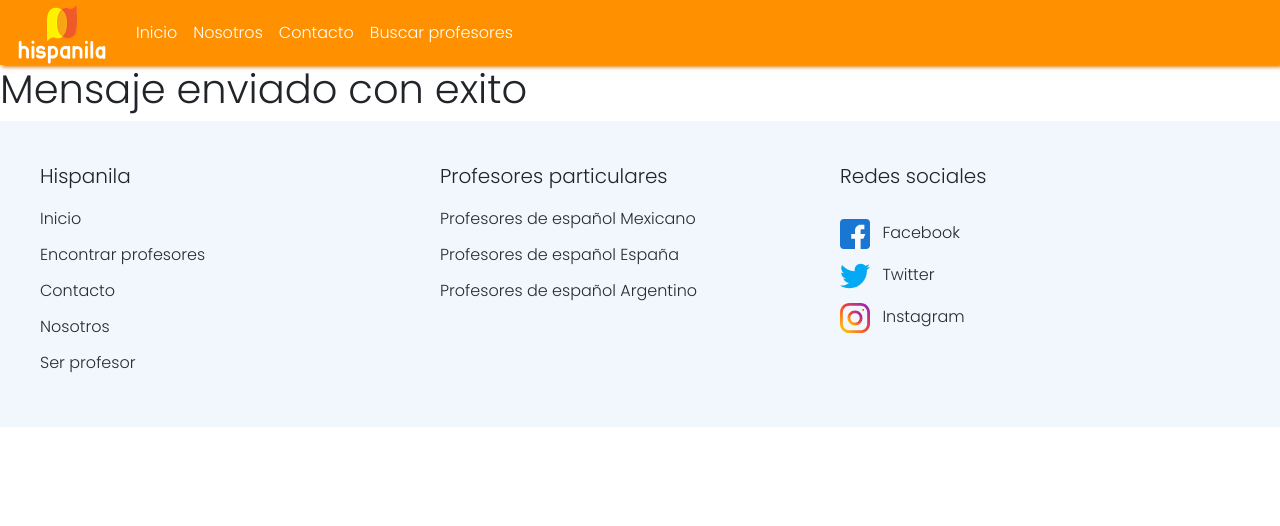
Repository: AgustinGarciaDev/Hispanila
Page: sendemail.html
The author's editor kept a copy of each file at every save. The page is drawn from the files as they stood at one save, then again after the next save.
The browser window is 1280 px wide. The pictures show the whole page.
Some web libraries are served in a nearby version. The style sheet was rebuilt from its Sass, Less or Tailwind sources for each picture, by a compiler version that may differ from the author's.

Above is the page before, as saved 2021-01-28 23:44:36.

### sendemail.html
<!DOCTYPE html>
<html lang="en">

<head>

    <head>
        <meta charset="UTF-8">
        <title>Contacto</title>
        <meta name="viewport" content="width=device-width, user-scalable=no">
        <meta name="description" content="¿Tenes dudas? Comunícate con nosotros para asesorarte. Tenemos un equipo especializado el cual puede ayudar ">
        <meta name="keywords" content="Hispanila, contacto, ayuda, equipo , asesoramiento">
        <link rel="stylesheet" href="https://cdnjs.cloudflare.com/ajax/libs/animate.css/4.1.1/animate.min.css" />
        <link rel="preconnect" href="https://fonts.gstatic.com">
        <link rel="preconnect" href="https://fonts.gstatic.com">
        <link href="https://fonts.googleapis.com/css2?family=Poppins:ital,wght@0,200;0,300;0,800;0,900;1,200;1,500&display=swap" rel="stylesheet">
        <link href="https://fonts.googleapis.com/css2?family=Archivo:ital@0;1&display=swap" rel="stylesheet">
        <link href="https://cdn.jsdelivr.net/npm/bootstrap@5.0.0-beta1/dist/css/bootstrap.min.css" rel="stylesheet" integrity="sha384-giJF6kkoqNQ00vy+HMDP7azOuL0xtbfIcaT9wjKHr8RbDVddVHyTfAAsrekwKmP1" crossorigin="anonymous">
        <link rel="stylesheet" href="./css/style.css">

    </head>
</head>

<body>
    <header>
        <nav class="navbar navbar-expand-lg navbar-light bg-light nav-color">
            <div class="container-fluid">
                <a class="navbar-brand" href="./index.html"><img class="logo" src="./img/Hispanila_opt.png" alt=""></a>
                <button class="navbar-toggler" type="button" data-bs-toggle="collapse" data-bs-target="#navbarSupportedContent" aria-controls="navbarSupportedContent" aria-expanded="false" aria-label="Toggle navigation">
            <span class="navbar-toggler-icon"></span>
          </button>
                <div class="collapse navbar-collapse" id="navbarSupportedContent">
                    <ul class="navbar-nav me-auto mb-2 mb-lg-0">
                        <li class="nav-item">
                            <a class="nav-link active" aria-current="page" href="./index.html">Inicio</a>
                        </li>
                        <li class="nav-item">
                            <a class="nav-link" href="./we.html">Nosotros</a>
                        </li>
                        <li class="nav-item">
                            <a class="nav-link" href="./contact.html">Contacto</a>
                        </li>
                        <li class="nav-item">
                            <a class="nav-link" href="./searchteacer.html">Buscar profesores</a>
                        </li>
                    </ul>
                </div>
            </div>
        </nav>
    </header>
    <section>
        <div class="send__email">
            <h1 Tittle_h2>Mensaje enviado con exito</h1>
        </div>
    </section>
    <footer class="footer">
        <div class="list__footer ">
            <p class="list__footer__p-modifier ">Hispanila</p>
            <li class="list__footer__li-modifier "> <a class="list__footer__a-modifier " href="/index.html ">Inicio</a></li>
            <li class="list__footer__li-modifier "> <a class="list__footer__a-modifier " href="/searchteacer.html ">Encontrar profesores</a></li>
            <li class="list__footer__li-modifier "><a class="list__footer__a-modifier " href="/contacte.html ">Contacto</a></li>
            <li class="list__footer__li-modifier "><a class="list__footer__a-modifier " href="/we.html ">Nosotros</a></li>
            <li class="list__footer__li-modifier "><a class="list__footer__a-modifier " href="/we.html ">Ser profesor</a></li>
        </div>
        <div class="list__footer ">
            <p class="list__footer__p-modifier ">Profesores particulares</p>
            <li class="list__footer__li-modifier "> <a class="list__footer__a-modifier " href=" https://www.facebook.com/ "> Profesores de español Mexicano</a></li>
            <li class="list__footer__li-modifier "><a class="list__footer__a-modifier " href="https://twitter.com/home "> Profesores de español España</a></li>
            <li class="list__footer__li-modifier "><a class="list__footer__a-modifier " href="https://www.instagram.com/ "> Profesores de español Argentino</a></li>
        </div>

        <div class="list__footer ">
            <p class="list__footer__p-modifier "> Redes sociales</p>
            <li class="list__footer__li-modifier "></li><img class="list__footer__img-modifier " src="./img/facebook.svg " alt=" "> <a class="list__footer__a-modifier " href="https://www.facebook.com/ ">Facebook</a></li>
            <li class="list__footer__li-modifier "></li><img class="list__footer__img-modifier " src="./img/gorjeo.svg " alt=" "> <a class="list__footer__a-modifier " href="https://twitter.com/home ">Twitter</a></li>
            <li class="list__footer__li-modifier "></li><img class="list__footer__img-modifier " src="./img/instagram.svg " alt=" "> <a class="list__footer__a-modifier " href="https://www.instagram.com/ ">Instagram</a></li>
        </div>
    </footer>
    <script src="https://unpkg.com/ionicons@5.2.3/dist/ionicons.js "></script>
    <script src="https://cdn.jsdelivr.net/npm/bootstrap@5.0.0-beta1/dist/js/bootstrap.bundle.min.js " integrity="sha384-ygbV9kiqUc6oa4msXn9868pTtWMgiQaeYH7/t7LECLbyPA2x65Kgf80OJFdroafW " crossorigin="anonymous "></script>
</body>

</html>

### scss/style.scss
@import"variables";
@import "header";
@import "footer";
@import "body";
@import "home";
@import "contac";
@import "profile";
@import "aboutUs";

### scss/_variables.scss
/* TIPOGRAFIAS */

$font-body: 'Poppins',
sans-serif;

/* SIZE TIPOGRAFIAS */

$nameteacher: 16px;
$titulocontacto: 20px;

/* ICONOS COLOR */

$color-start-icon: #FEC400;
$color-social:gray;

/*Color background*/

$color-box: linear-gradient(145deg, #d8e8f2, #b6c3cb);

/*Padding*/

$padding-currilum: 40px;

### scss/_header.scss
header {
    position: sticky;
    top: 0;
    z-index: 5;
}

### scss/_footer.scss
.footer {
    background-color: #F2F7FD;
    display: grid;
    grid-template-columns: repeat(3, 1fr);
    padding: 40px;
}

.list__footer__p-modifier {
    font-size: 20px;
}

.list__footer__li-modifier {
    list-style: none;
    align-items: center;
    display: flex;
    margin-bottom: 12px;
}

.list__footer__a-modifier {
    text-decoration: none;
    color: #252b2f;
}

.list-footer a:hover {
    text-decoration: underline;
}

.list__footer__img-modifier {
    width: 30px;
    height: 30px;
    margin-right: 8px;
}

@media (max-width: 768px) {
    .footer {
        display: flex;
        flex-wrap: wrap;
    }
    .list__footer {
        padding-left: 10px;
        padding-right: 10px;
        justify-content: center;
    }
}

@media (max-width: 520px) {}

### scss/_body.scss
body {
    margin: 0;
    font-family: $font-body;
}

### scss/_home.scss
.nav-color {
    background-color: #ff9000 !important;
    height: 65px;
    box-shadow: 2px 2px 4px #d97a00, -5px -5px 4px #ffa600;
}

.nav-link {
    color: white !important;
}

.hero {
    display: grid;
    grid-template-columns: 2fr 2fr;
    height: 600px;
    background-image: url(http://baravdg.com/wp-content/uploads/2021/01/hero-background.png);
    background-position: center;
    background-repeat: no-repeat;
    background-size: cover;
}

.hero .box {
    display: flex;
    flex-direction: column;
    margin: auto;
    padding-left: 30px;
}

.hero__title_h1 {
    color: white;
    font-weight: 700;
    font-size: 50px;
}

.hero__title_p {
    color: white;
    font-size: 30px;
    font-size: 400;
}

.hero__bottom {
    width: 200px;
    color: white;
    padding: 10px;
    text-align: center;
    text-decoration: none;
    font-size: 'Poppins', sans-serif;
    font-weight: 800;
    border-radius: 8px;
    background: linear-gradient(145deg, #ffd529, #d8b322);
}


/* EMPIEZA LAS CARD DE LAS BANDERAS */

.Tittle_h2 {
    text-align: center;
    padding: 30px;
    font-size: 40px;
    font-weight: 800;
}

.block-band {
    display: grid;
    grid-template-columns: repeat(3, 1fr);
    grid-column-gap: 30px;
    grid-row-gap: 30px;
    justify-items: center;
}

.link {
    color: inherit;
    text-decoration: inherit;
}

.card-band {
    border-radius: 24px;
    border-radius: 24px;
    background: #ecf1f4;
    box-shadow: 22px 22px 18px #dee3e5, -22px -22px 18px #faffff;
    width: 400px;
    height: 372px;
}

.content-band {
    display: flex;
    padding-left: 40px;
    padding-bottom: 10px;
}

.info-card {
    padding-top: 9px;
    padding-left: 10px;
}

.info-card h4 {
    margin: 0;
}

.info-card p {
    margin: 0;
    margin-left: 6;
}

.card-band .teacher-photo {
    width: 400px;
    height: 300px;
}

.card-band .band {
    height: 50px;
    width: 50px;
}

.card-prof {
    margin: 40px;
    padding: 40px;
}

.table-proyect {
    padding: 40px;
}


/* Card study*/

.margin {
    margin: 20px;
}

.card__study__resson {
    width: 300px;
    height: 572px;
}

.card__study__img {
    height: 400px;
    width: 200px;
    display: flex;
    margin: auto;
}

.card__study_text {
    text-align: center;
}

.card__study__btn {
    width: 200px;
    color: white;
    padding: 10px;
    justify-content: center;
    text-decoration: none;
    font-size: 'Poppins', sans-serif;
    font-weight: 800;
    border-radius: 8px;
    background: linear-gradient(145deg, #ffd529, #d8b322);
    display: flex;
    margin: auto;
}

@media (max-width: 890px) {
    .block-band {
        grid-template-columns: repeat(2, 1fr);
    }
    .card-band .teacher-photo {
        width: 324px;
        height: 239px;
    }
    .card-band {
        width: 324px;
        height: 325px;
    }
    .logo {
        margin-top: -20px;
    }
}

@media (max-width: 520px) {
    .hero {
        height: 360px;
    }
    .block-band {
        grid-template-columns: none;
    }
    .card__study__resson {
        width: 300px;
        height: 572px;
    }
    .nav-color {
        height: 70px;
    }
    .logo {
        margin-top: -20px;
    }
    .hero__title_h1 {
        font-size: 31px;
    }
    .hero__title_p {
        font-size: 17px;
    }
    .Tittle_h2 {
        text-align: center;
        padding: 17px;
        font-size: 32px;
        font-weight: 800;
    }
}

### scss/_contac.scss
.contact__body {
    margin-top: 50px;
    margin-bottom: 50px;
}

.row {
    margin-right: 0;
}

.email_img {
    width: 100%;
}

.icons__list {
    display: flex;
    justify-content: center;
}

.icons__list_a {
    text-decoration: none;
    color: #ff9000;
    padding-bottom: 10px;
    padding-left: 5px;
    padding-right: 5px;
    font-size: 20px;
}

.icons__list__redsocial {
    display: flex;
    flex-direction: row;
    padding-top: 10px;
    justify-content: center;
}

.icons__list_logo_Redes {
    color: #ff9000;
    font-size: 35px;
    margin: 0 10px;
}

.text-contact__h2 {
    font-size: $titulocontacto;
}

.boton__send {
    margin-top: 10px;
}

@media (max-width: 520px) {
    .text-contact__h1 {
        text-align: center;
    }
    .text-contact__h2 {
        font-size: $titulocontacto -7;
        text-align: center;
    }
}

### scss/_profile.scss
    .layout {
        display: grid;
        grid-template-columns: 2fr 1fr;
        grid-template-rows: 1fr;
        grid-column-gap: 10px;
        grid-row-gap: 10px;
        padding: 20px;
    }

    .layout__infoteache__video-modifier {
        width: 100%;
        height: 500px;
    }

    .layout__profile {
        border-radius: 8px;
        background: #ffffff;
        box-shadow: 8px 8px 55px #d9d9d9, -8px -8px 55px #ffffff;
    }

    .layaout__datachecher__layout__img-modifier {
        width: 80px;
        height: 80px;
        border-radius: 50%;
        display: flex;
        margin: auto;
    }

    .layaout__datachecher__h1-modifier {
        font-size: 30px;
        font-weight: 600;
    }

    .layaout__datachecher__h2-modifier {
        font-size: 14px;
    }

    .scoreteacher {
        display: flex;
        flex-direction: row;
    }

    .scoreteacher__icon--modifier {
        color: $color-start-icon;
        margin-top: 28px;
        margin-bottom: 2px;
    }

    .scoreteacher__number--modifier {
        margin-top: 26px;
        margin-bottom: 2px;
        padding-left: 9px;
    }

    .layout__sepator {
        border: 1px solid #10101030;
        margin: 10px;
    }

    .card {
        margin-bottom: 15px;
        margin-top: 15px;
    }

    .card-body {
        display: flex;
    }

    .clases__titulo-Modifier {
        font-size: 25px;
        font-size: 500;
    }

    .curriculum {
        margin: 30px 0;
        border-radius: 8px;
        background: #ffffff;
        box-shadow: 8px 8px 55px #d9d9d9, -8px -8px 55px #ffffff;
        padding: $padding-currilum;
    }

    .lessons__box {
        padding: 40px;
        margin: 30px 0;
        border-radius: 8px;
        background: #ffffff;
        box-shadow: 8px 8px 55px #d9d9d9, -8px -8px 55px #ffffff;
    }

    .Comentary {
        margin-top: 20px;
        background: #ffffff;
        box-shadow: 8px 8px 55px #d9d9d9, -8px -8px 55px #ffffff;
        padding: 30px;
    }

    .personaldata {
        display: flex;
        flex-direction: row;
    }

    .Comentary__grid {
        margin-top: 40px;
        display: grid;
        grid-template-columns: 1fr 1fr;
        grid-template-rows: 1fr 1fr 1fr;
        grid-row-gap: 30px;
    }

    .Comentary__layout {
        width: 350px;
        height: 140px;
        padding: 10px;
        background: rgba( 255, 255, 255, 0.00);
        box-shadow: 0 8px 10px 0 rgba( 31, 38, 135, 0.37);
        border-radius: 10px;
    }

    .personaldata img {
        border-radius: 50%;
        width: 50px;
        height: 50px;
    }

    .Reserva {
        position: sticky;
        top: 100px;
        height: 350px;
        border-radius: 8px;
        background: #ffffff;
        box-shadow: 8px 8px 55px #d9d9d9, -8px -8px 55px #ffffff;
    }

    .Reserva__precios_layout {
        padding-bottom: 10px;
        padding-top: 10px;
    }

    .boton__ML {
        display: flex;
        justify-content: center;
    }

    .mercadopago-button {
        height: 40px;
        font-weight: 300px;
        font-family: $font-body;
        background-color: #00b1ff!important;
        width: 100%;
        border-radius: 1px;
        background: $color-box;
        box-shadow: 5px 5px 9px #b8c5ce, -5px -5px 9px #dcedf6;
    }

    .Reserva__divider {
        border: 1px solid gray;
    }

    .Reserva__contact {
        text-align: center;
        padding: 20px;
    }

    .Reserva__contact_boton {
        display: block;
        font-weight: 400;
        padding: 20px;
        text-decoration: none;
        color: white;
        background: #48af41!important;
        border-radius: 1px;
        border-radius: 1px;
        background: $color-box;
        box-shadow: 5px 5px 9px #b8c5ce, -5px -5px 9px #dcedf6;
    }
    /* Responsive */

    @media (max-width: 890px) {
        .layout {
            display: flex;
            flex-direction: column;
        }
        .Comentary__grid {
            display: flex;
            flex-wrap: wrap;
        }
        .Comentary__layout {
            width: 100%;
        }
        .Reserva {
            position: relative;
            top: 0;
            width: 100%;
            height: 350px;
        }
    }

    @media (max-width: 520px) {
        .layout__infoteache__video-modifier {
            height: 240px;
        }
        .layout__scoreteacher {
            margin-left: 132px;
        }
        .layout__dateacher_info {
            margin-left: -9px;
        }
        .Reserva__contact_boton {
            width: 200px;
            height: 70px;
            display: inline-block;
            padding: 10px;
        }
        .card-body {
            flex-direction: column;
            align-items: center;
        }
        .curriculum {
            padding: $padding-currilum -30;
        }
    }

### scss/_aboutUs.scss
    .About__tittle-h1 {
        text-align: center;
        padding: 20px 0;
        font-weight: 800;
    }

    .About__img {
        display: flex;
        justify-content: center;
        align-items: center;
    }

    .About__img--modifier {
        width: 900px;
        height: 600px;
    }

    .About__history {
        text-align: center;
        margin: 10px 500px;
    }

    .About_compromise_img {
        width: 400px;
        height: 300px;
    }

    .about__container {
        margin-top: 50px;
        margin-bottom: 50px;
    }

    .Value {
        margin-top: 40px;
    }

    @media (max-width: 890px) {
        .About__img--modifier {
            width: 100%;
            height: auto;
        }
        .About__history {
            margin: 10px 20px;
        }
    }

    @media (max-width: 570px) {
        .About_compromise_img {
            height: 300px;
        }
        .About_compromise__responsive {
            flex-direction: column-reverse;
            display: flex;
        }
        .Value {
            display: flex;
            align-items: center;
            justify-content: center;
        }
        .Value__box {
            display: flex;
            flex-direction: column;
            justify-content: center;
        }
    }

After the next save:
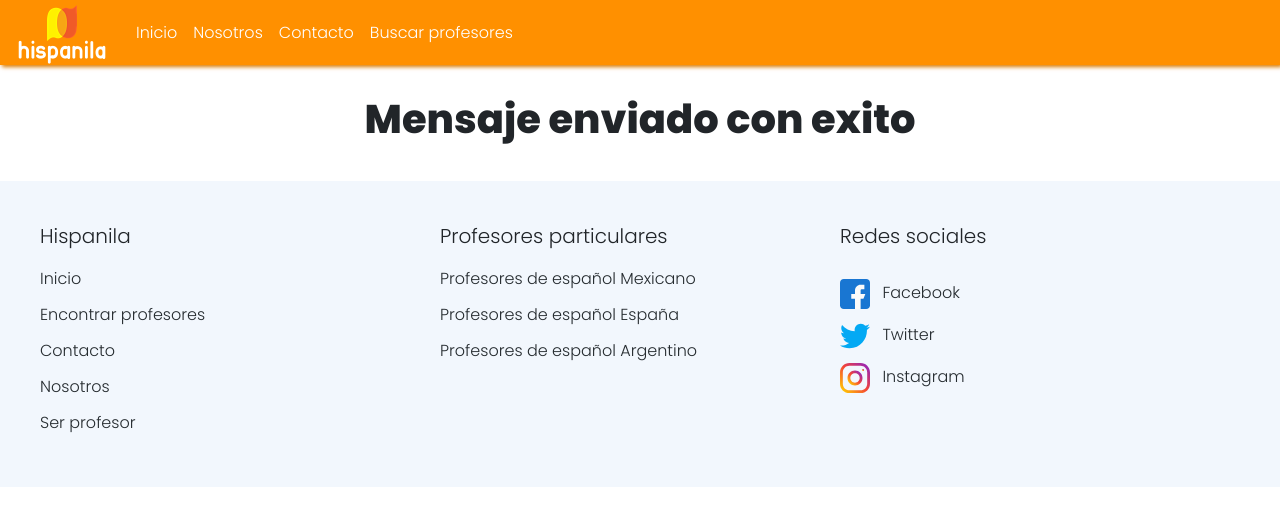
Saved 4 s later.
--- a/sendemail.html
+++ b/sendemail.html
@@ -49,7 +49,7 @@
     </header>
     <section>
         <div class="send__email">
-            <h1 Tittle_h2>Mensaje enviado con exito</h1>
+            <h1 class="Tittle_h2">Mensaje enviado con exito</h1>
         </div>
     </section>
     <footer class="footer">
